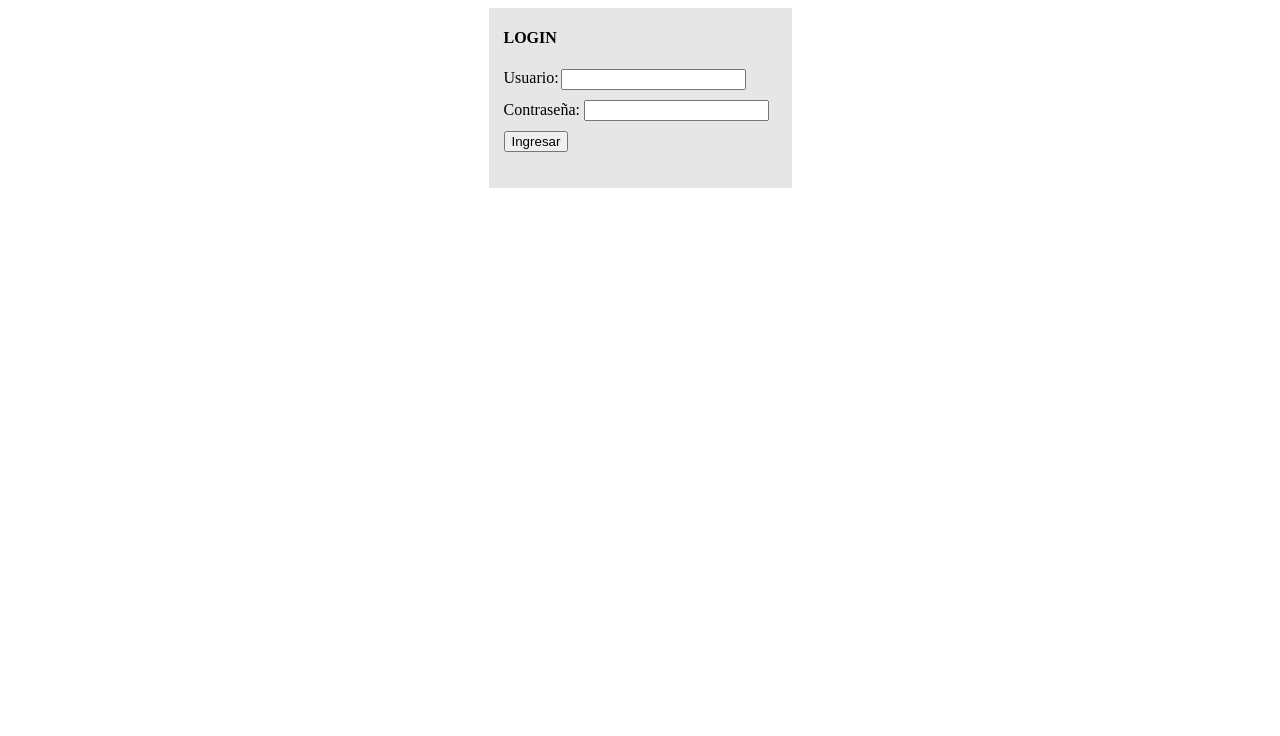
Repository: juanmondragonc/torre-project
Page: http://localhost/torre/login.jsp
These files come from the project's save history. The page is drawn as it stood at one moment and after the next save; the edit follows.
The browser window is 1280 px wide. The pictures show the whole page.
The page is served by Tomcat 9. Other server files are loaded and not shown.

Above is the page before, as saved 2022-08-10 20:43:39.

### torre/src/main/webapp/login.jsp
<%@ page language="java" contentType="text/html; charset=ISO-8859-1"
    pageEncoding="ISO-8859-1"%>
<!DOCTYPE html>
<html>
<head>
<meta charset="ISO-8859-1">
<link rel="stylesheet" href="css/style.css">
<title>Insert title here</title>
</head>
<body>
	<div class="container">
		<div class="section-login">
			<form method="post" action="login">
				<h4>LOGIN</h4>
				<div class="form-group">
					<div class="col-20">
						<label for="username">Usuario:</label>
					</div>
					<div class="col-80">
						<input id="username" name="username" type="text"/>
					</div>
				</div>
				<div class="form-group">
					<label for="password">Contraseña:</label>
					<input id="password" name="password" type="password"/>
				</div>
				<input type="submit" value="Ingresar"/>
			</form>
		</div>
	</div>

</body>
</html>

### torre/src/main/webapp/css/style.css
 .container {
 	height: 100vh;
 	width: auto;
 	justify-content: center;
 	display: flex;
 }
 table, th, td {
	border: 1px solid black;
	border-collapse: collapse;
}
.form-group {
 	position: relative;
 	margin-bottom: 10px;
	overflow: hidden;
}
.section-login{
	padding-left: 15px;
	width: 40vh;
	height:25vh;
	background-color: #e7e6e6;
}
.col-20 {
	float: left;
	width: 20%;
}
.col-80 {
	float: left;
	width: 80%;
}

After the next save:
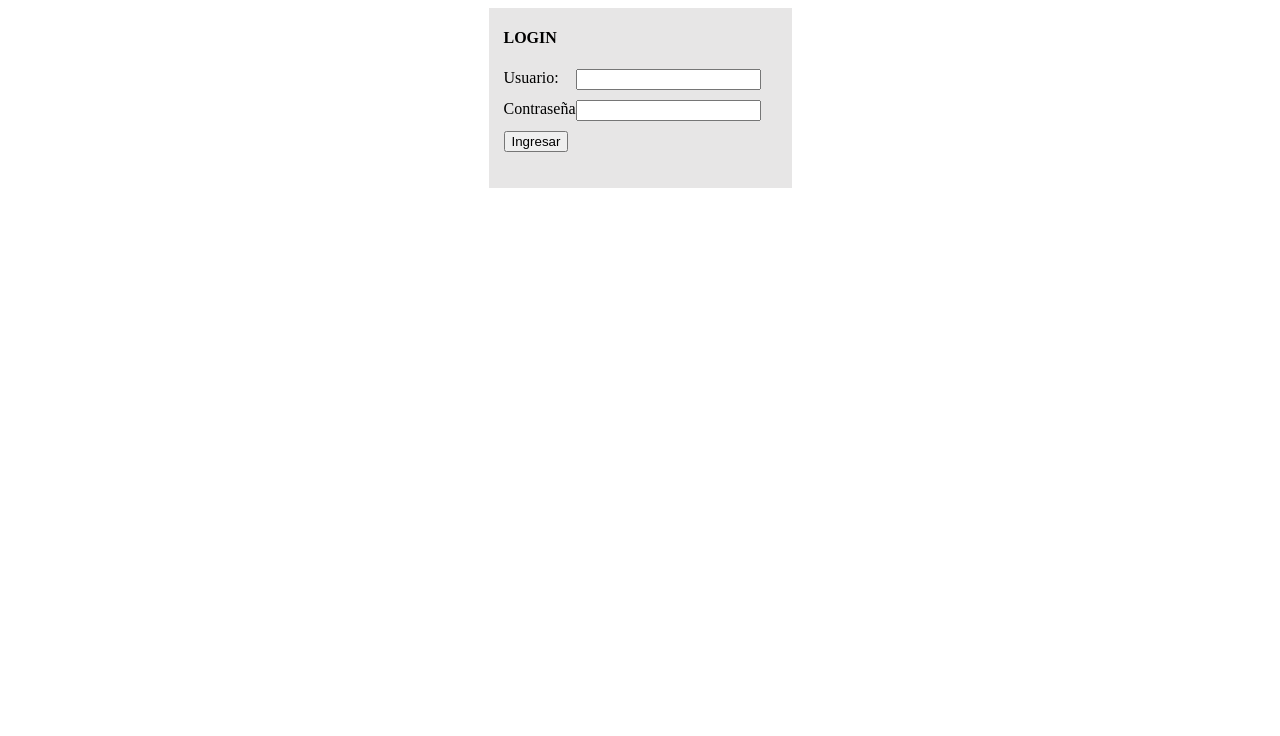
Saved 73 s later.
--- a/torre/src/main/webapp/login.jsp
+++ b/torre/src/main/webapp/login.jsp
@@ -13,16 +13,20 @@
 			<form method="post" action="login">
 				<h4>LOGIN</h4>
 				<div class="form-group">
-					<div class="col-20">
+					<div class="col-25">
 						<label for="username">Usuario:</label>
 					</div>
-					<div class="col-80">
+					<div class="col-75">
 						<input id="username" name="username" type="text"/>
 					</div>
 				</div>
 				<div class="form-group">
-					<label for="password">Contraseña:</label>
-					<input id="password" name="password" type="password"/>
+					<div class="col-25">
+						<label for="password">Contraseña:</label>
+					</div>
+					<div class="col-75">
+						<input id="password" name="password" type="password"/>
+					</div>
 				</div>
 				<input type="submit" value="Ingresar"/>
 			</form>
--- a/torre/src/main/webapp/css/style.css
+++ b/torre/src/main/webapp/css/style.css
@@ -19,11 +19,11 @@
 	height:25vh;
 	background-color: #e7e6e6;
 }
-.col-20 {
+.col-25 {
 	float: left;
-	width: 20%;
+	width: 25%;
 }
-.col-80 {
+.col-75 {
 	float: left;
-	width: 80%;
+	width: 75%;
 }
